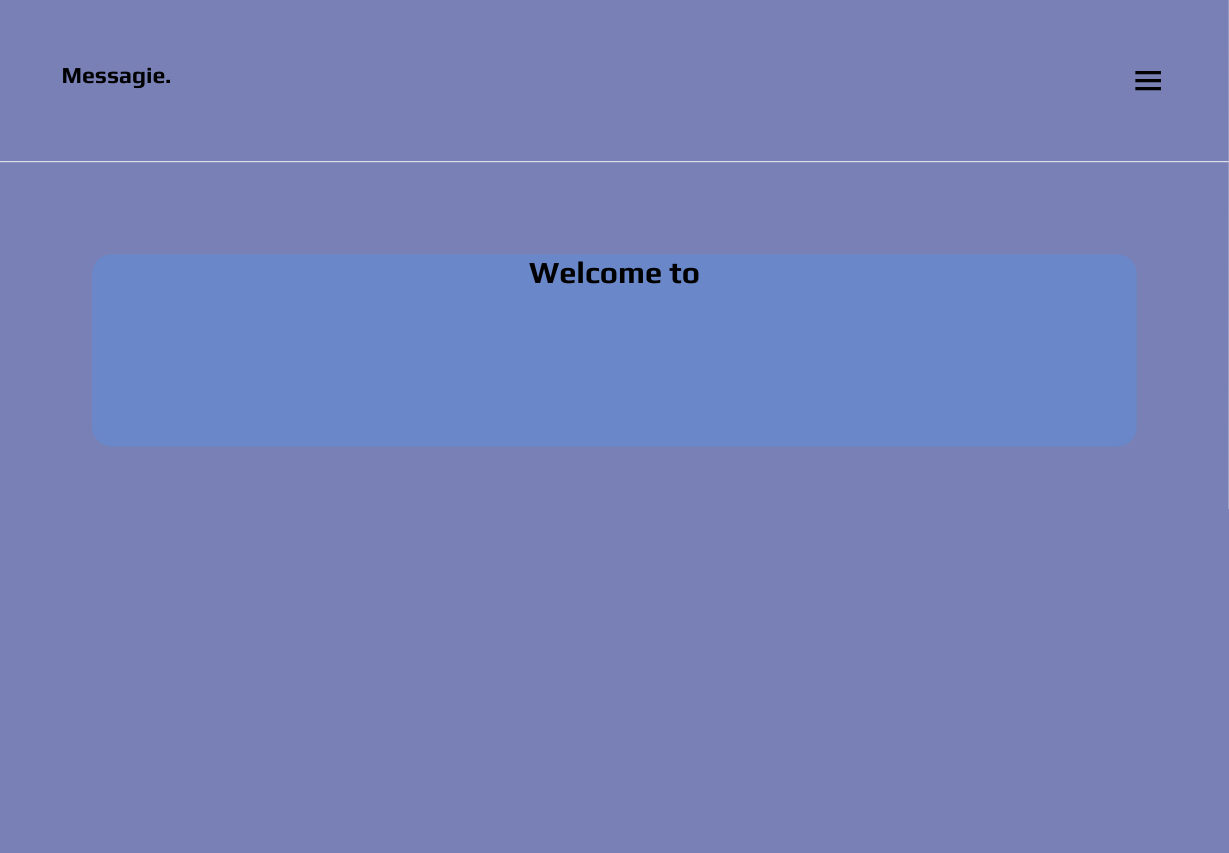
Repository: shaelorch/typeytalkey
Page: /, after clicking the first element matching `svg`
An editor plug-in stored every save of this project. The page is shown before and after the next save, followed by the edit.
The browser window is 1280 px wide. The pictures show the whole page, at 96% of full size.
The project was rebuilt for these pictures with package versions that can differ from the ones it lists, and the page was loaded fresh each time. The framework's server and built-in components were replaced by stand-ins that run in the browser. Also part of the build but not shown: next.config.js.

Above is the page before, as saved 2023-02-24 14:48:25.

### src/pages/index.js
import Head from 'next/head'
import Image from 'next/image'
import { Inter } from '@next/font/google'
import styles from '@/styles/Home.module.css'
import Logo from 'comps/Logo'

const inter = Inter({ subsets: ['latin'] })

export default function Home() {
  return (
    <>
      <Head>
        <title>Create Next App</title>
        <meta name="description" content="Generated by create next app" />
        <meta name="viewport" content="width=device-width, initial-scale=1" />
        <link rel="icon" href="/favicon.ico" />
      </Head>
      <Logo/>
      <main className={styles.main}>

        <div style={{backgroundColor:"#6987C9", width:"100%",
      height:200, borderRadius:20, display:'flex', justifyContent:'center', textAlign:'center'}}>
        <h1>Welcome to  </h1>
        </div>

      </main>
    </>
  )
}

### src/styles/globals.css
@import url('https://fonts.googleapis.com/css2?family=Play:wght@400;700&display=swap');

:root {
  --max-width: 1100px;
  --border-radius: 12px;
  --font-mono: ui-monospace, Menlo, Monaco, 'Cascadia Mono', 'Segoe UI Mono',
    'Roboto Mono', 'Oxygen Mono', 'Ubuntu Monospace', 'Source Code Pro',
    'Fira Mono', 'Droid Sans Mono', 'Courier New', monospace;

  --foreground-rgb: 0, 0, 0;
  --background-start-rgb: 214, 219, 220;
  --background-end-rgb: 255, 255, 255;

  --primary-glow: conic-gradient(
    from 180deg at 50% 50%,
    #16abff33 0deg,
    #0885ff33 55deg,
    #54d6ff33 120deg,
    #0071ff33 160deg,
    transparent 360deg
  );
  --secondary-glow: radial-gradient(
    rgba(255, 255, 255, 1),
    rgba(255, 255, 255, 0)
  );

  --tile-start-rgb: 239, 245, 249;
  --tile-end-rgb: 228, 232, 233;
  --tile-border: conic-gradient(
    #00000080,
    #00000040,
    #00000030,
    #00000020,
    #00000010,
    #00000010,
    #00000080
  );

  --callout-rgb: 238, 240, 241;
  --callout-border-rgb: 172, 175, 176;
  --card-rgb: 180, 185, 188;
  --card-border-rgb: 131, 134, 135;
}

@media (prefers-color-scheme: dark) {
  :root {
    --foreground-rgb: 255, 255, 255;
    --background-start-rgb: 0, 0, 0;
    --background-end-rgb: 0, 0, 0;

    --primary-glow: radial-gradient(rgba(1, 65, 255, 0.4), rgba(1, 65, 255, 0));
    --secondary-glow: linear-gradient(
      to bottom right,
      rgba(1, 65, 255, 0),
      rgba(1, 65, 255, 0),
      rgba(1, 65, 255, 0.3)
    );

    --tile-start-rgb: 2, 13, 46;
    --tile-end-rgb: 2, 5, 19;
    --tile-border: conic-gradient(
      #ffffff80,
      #ffffff40,
      #ffffff30,
      #ffffff20,
      #ffffff10,
      #ffffff10,
      #ffffff80
    );

    --callout-rgb: 20, 20, 20;
    --callout-border-rgb: 108, 108, 108;
    --card-rgb: 100, 100, 100;
    --card-border-rgb: 200, 200, 200;
  }
}

* {
  box-sizing: border-box;
  padding: 0;
  margin: 0;
}

html,
body {
  max-width: 100vw;
  overflow-x: hidden;
}

body {
  color: rgb(var(--foreground-rgb));
  background: linear-gradient(
      to bottom,
      transparent,
      rgb(var(--background-end-rgb))
    )
    rgb(var(--background-start-rgb));
}

a {
  color: inherit;
  text-decoration: none;
}

@media (prefers-color-scheme: dark) {
  html {
    color-scheme: dark;
  }
}

### src/styles/Home.module.css
.main {
  display: flex;
  flex-direction: column;
  justify-content: space-between;
  align-items: center;
  padding: 6rem;
  background-color: #7880B5;
  font-family:play, sans-serif;
  min-height: 100vh;
}

.logocont {
  display: flex;
  background-color: #7880B5;
  font-family: play, sans-serif;
  padding:5%;
  border-bottom: 0.5px solid #ffffff;
  flex-direction: row;
  justify-content: space-between;

}
.serverCont {

  display:flex;
    height:50px;
    margin-bottom:20px;
    margin-top:20px;
    color:white;
    width:60%;
    font-weight:bold;
    font-family: play, sans-serif;
    padding:10px;
    border-bottom:1px solid white;
    width:100%;

}
.description {
  display: inherit;
  justify-content: inherit;
  align-items: inherit;
  font-size: 0.85rem;
  max-width: var(--max-width);
  width: 100%;
  z-index: 2;
  font-family: var(--font-mono);
}

.description a {
  display: flex;
  justify-content: center;
  align-items: center;
  gap: 0.5rem;
}

.description p {
  position: relative;
  margin: 0;
  padding: 1rem;
  background-color: rgba(var(--callout-rgb), 0.5);
  border: 1px solid rgba(var(--callout-border-rgb), 0.3);
  border-radius: var(--border-radius);
}

.code {
  font-weight: 700;
  font-family: var(--font-mono);
}

.grid {
  display: grid;
  grid-template-columns: repeat(4, minmax(25%, auto));
  width: var(--max-width);
  max-width: 100%;
}

.card {
  padding: 1rem 1.2rem;
  border-radius: var(--border-radius);
  background: rgba(var(--card-rgb), 0);
  border: 1px solid rgba(var(--card-border-rgb), 0);
  transition: background 200ms, border 200ms;
}

.card span {
  display: inline-block;
  transition: transform 200ms;
}

.card h2 {
  font-weight: 600;
  margin-bottom: 0.7rem;
}

.card p {
  margin: 0;
  opacity: 0.6;
  font-size: 0.9rem;
  line-height: 1.5;
  max-width: 30ch;
}

.center {
  display: flex;
  justify-content: center;
  align-items: center;
  position: relative;
  padding: 4rem 0;
}

.center::before {
  background: var(--secondary-glow);
  border-radius: 50%;
  width: 480px;
  height: 360px;
  margin-left: -400px;
}

.center::after {
  background: var(--primary-glow);
  width: 240px;
  height: 180px;
  z-index: -1;
}

.center::before,
.center::after {
  content: '';
  left: 50%;
  position: absolute;
  filter: blur(45px);
  transform: translateZ(0);
}

.logo,
.thirteen {
  position: relative;
}

.thirteen {
  display: flex;
  justify-content: center;
  align-items: center;
  width: 75px;
  height: 75px;
  padding: 25px 10px;
  margin-left: 16px;
  transform: translateZ(0);
  border-radius: var(--border-radius);
  overflow: hidden;
  box-shadow: 0px 2px 8px -1px #0000001a;
}

.thirteen::before,
.thirteen::after {
  content: '';
  position: absolute;
  z-index: -1;
}

/* Conic Gradient Animation */
.thirteen::before {
  animation: 6s rotate linear infinite;
  width: 200%;
  height: 200%;
  background: var(--tile-border);
}

/* Inner Square */
.thirteen::after {
  inset: 0;
  padding: 1px;
  border-radius: var(--border-radius);
  background: linear-gradient(
    to bottom right,
    rgba(var(--tile-start-rgb), 1),
    rgba(var(--tile-end-rgb), 1)
  );
  background-clip: content-box;
}

/* Enable hover only on non-touch devices */
@media (hover: hover) and (pointer: fine) {
  .card:hover {
    background: rgba(var(--card-rgb), 0.1);
    border: 1px solid rgba(var(--card-border-rgb), 0.15);
  }

  .card:hover span {
    transform: translateX(4px);
  }
}

@media (prefers-reduced-motion) {
  .thirteen::before {
    animation: none;
  }

  .card:hover span {
    transform: none;
  }
}

/* Mobile */
@media (max-width: 700px) {
  .content {
    padding: 4rem;
  }

  .grid {
    grid-template-columns: 1fr;
    margin-bottom: 120px;
    max-width: 320px;
    text-align: center;
  }

  .card {
    padding: 1rem 2.5rem;
  }

  .card h2 {
    margin-bottom: 0.5rem;
  }

  .center {
    padding: 8rem 0 6rem;
  }

  .center::before {
    transform: none;
    height: 300px;
  }

  .description {
    font-size: 0.8rem;
  }

  .description a {
    padding: 1rem;
  }

  .description p,
  .description div {
    display: flex;
    justify-content: center;
    position: fixed;
    width: 100%;
  }

  .description p {
    align-items: center;
    inset: 0 0 auto;
    padding: 2rem 1rem 1.4rem;
    border-radius: 0;
    border: none;
    border-bottom: 1px solid rgba(var(--callout-border-rgb), 0.25);
    background: linear-gradient(
      to bottom,
      rgba(var(--background-start-rgb), 1),
      rgba(var(--callout-rgb), 0.5)
    );
    background-clip: padding-box;
    backdrop-filter: blur(24px);
  }

  .description div {
    align-items: flex-end;
    pointer-events: none;
    inset: auto 0 0;
    padding: 2rem;
    height: 200px;
    background: linear-gradient(
      to bottom,
      transparent 0%,
      rgb(var(--background-end-rgb)) 40%
    );
    z-index: 1;
  }
}

/* Tablet and Smaller Desktop */
@media (min-width: 701px) and (max-width: 1120px) {
  .grid {
    grid-template-columns: repeat(2, 50%);
  }
}

@media (prefers-color-scheme: dark) {
  .vercelLogo {
    filter: invert(1);
  }

  .logo,
  .thirteen img {
    filter: invert(1) drop-shadow(0 0 0.3rem #ffffff70);
  }
}

@keyframes rotate {
  from {
    transform: rotate(360deg);
  }
  to {
    transform: rotate(0deg);
  }
}

### comps/Logo.js
import styles from "src/styles/Home.module.css"
import { BiMenu }  from "react-icons/bi"
import { useState } from "react";

export default function Logo() {
    const [open, setOpen] = useState(false);

    const handleClick = () => {
        setOpen(true);
        console.log("hello");
    }
    return ( <><div className={styles.logocont}>
        <h2>Messagie.</h2>
        <BiMenu size={40} onClick={handleClick} />
    </div><div style={{display: open ? "flex" : "none"}}>

        </div></>



    )
}

Loaded but not shown: src/pages/_app.js (common file); src/pages/_document.js (common file)

After the next save:
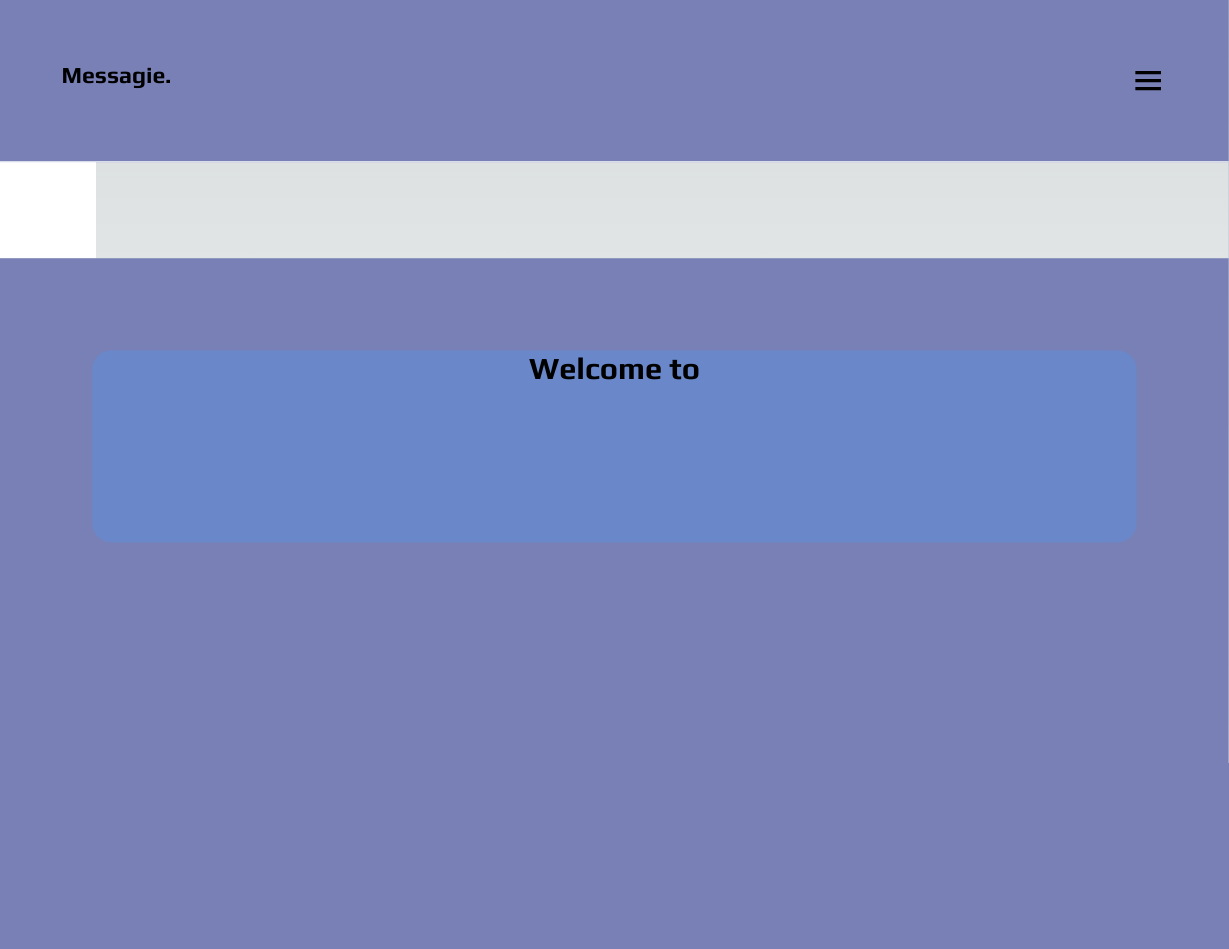
Saved 26 s later.
--- a/comps/Logo.js
+++ b/comps/Logo.js
@@ -12,7 +12,7 @@
     return ( <><div className={styles.logocont}>
         <h2>Messagie.</h2>
         <BiMenu size={40} onClick={handleClick} />
-    </div><div style={{display: open ? "flex" : "none"}}>
+    </div><div style={{display: open ? "flex" : "none", backgroundColor:'white', height:100, width:100}}>
 
         </div></>
 

After the save that followed:
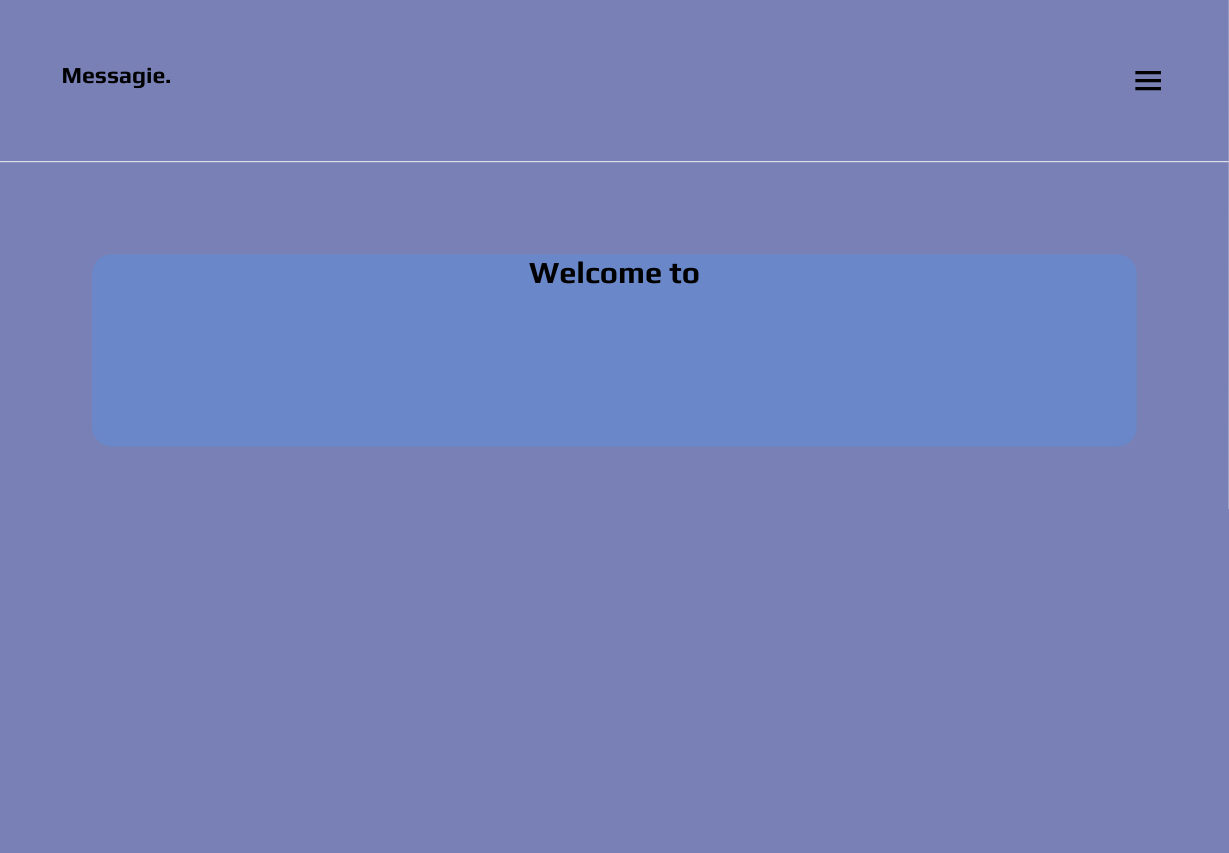
Saved 45 s later.
--- a/comps/Logo.js
+++ b/comps/Logo.js
@@ -12,7 +12,7 @@
     return ( <><div className={styles.logocont}>
         <h2>Messagie.</h2>
         <BiMenu size={40} onClick={handleClick} />
-    </div><div style={{display: open ? "flex" : "none", backgroundColor:'white', height:100, width:100}}>
+    </div><div style={{display: open ? "flex" : "none", backgroundColor:'white', height:"30%", width:100}}>
 
         </div></>
 
